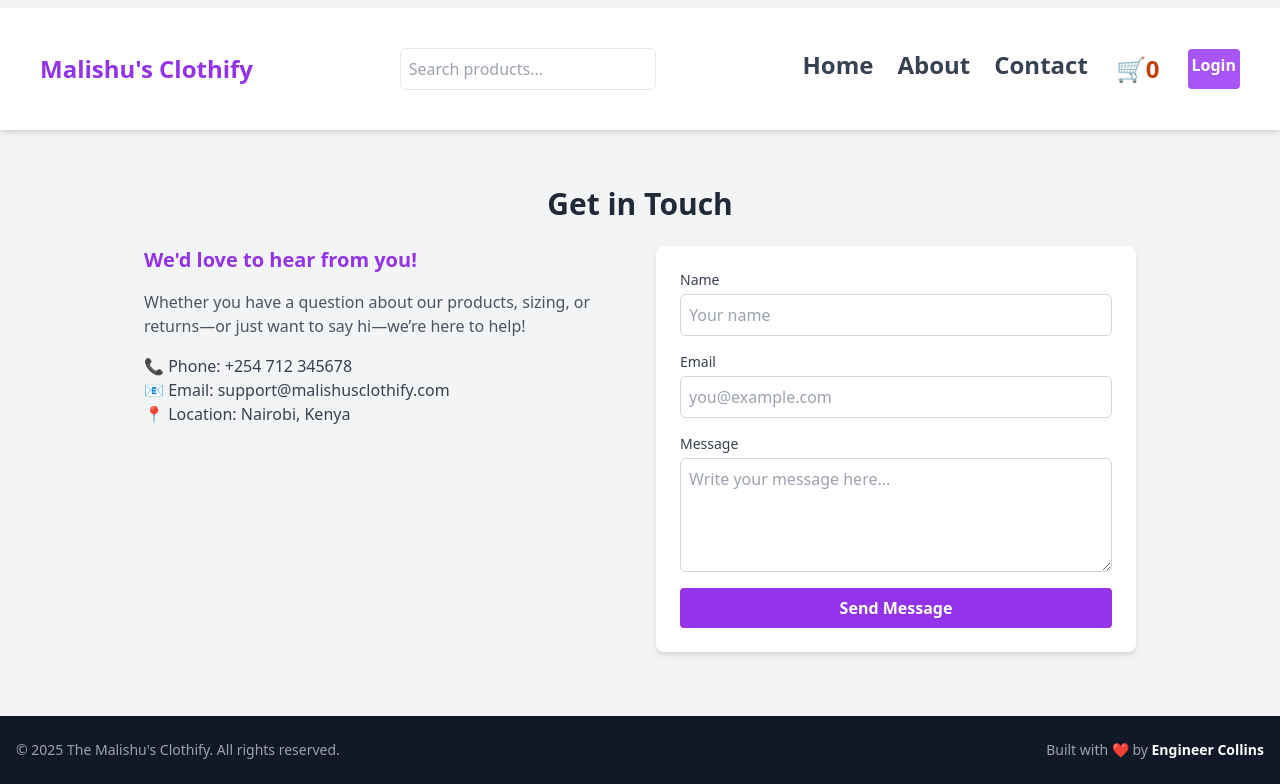
Repository: Engineer-collo/Modern-Ecommerce-Application
Page: /contact
The author's editor kept a copy of each file at every save. The page is drawn from the files as they stood at one save, then again after a run of saves.
The browser window is 1280 px wide. The pictures show the whole page.
The project was rebuilt for these pictures with package versions that can differ from the ones it lists, and the page was loaded fresh each time. Also part of the build but not shown: vite.config.js, src/components/SignupForm.jsx, src/components/LoginForm.jsx, src/components/ProductCard.jsx, src/components/ProductFeed.jsx, src/components/About.jsx, src/components/Cart.jsx.

Above is the page before, as saved 2025-05-23 16:03:17.

### index.html
<!DOCTYPE html>
<html lang="en">
<head>
  <meta charset="UTF-8">
  <meta name="viewport" content="width=device-width, initial-scale=1.0">
  <title>Ecommerce</title>
</head>
<body class="bg-gray-100">
  <div id="root"></div>
  <script type="module" src="/src/main.jsx"></script>
</body>
</html>

### src/main.jsx
import React from 'react'
import ReactDOM from 'react-dom/client'
import './index.css'
import App from './App'

ReactDOM.createRoot(document.getElementById('root')).render(
  <React.StrictMode>
    <App />
  </React.StrictMode>,
)

### src/App.jsx
import { BrowserRouter as Router, Routes, Route } from 'react-router-dom';
import { useEffect, useState } from 'react';
import Footer from './components/Footer';
import Navbar from './components/Navbar';
import SignupForm from './components/SignupForm';
import LoginForm from './components/LoginForm';
import ProductFeed from './components/ProductFeed';
import Contact from './components/Contact';
import About from './components/About';
import Cart from './components/Cart';

import {
  showSuccessToast,
  ToastContainerWrapper,
} from './components/Toast';

function App() {
  const [cart, setCart] = useState([]);
  const [cartLoaded, setCartLoaded] = useState(false);

  // Load cart from localStorage
  useEffect(() => {
    const storedCart = localStorage.getItem("cart");
    if (storedCart) {
      try {
        setCart(JSON.parse(storedCart));
      } catch (error) {
        console.error("Failed to parse cart from localStorage:", error);
      }
    }
    setCartLoaded(true);
  }, []);

  // Save cart to localStorage when updated
  useEffect(() => {
    if (cartLoaded) {
      localStorage.setItem("cart", JSON.stringify(cart));
    }
  }, [cart, cartLoaded]);

  const addToCart = (product) => {
    setCart(prevCart => {
      const existing = prevCart.find(item => item.id === product.id);
      if (existing) {
        return prevCart.map(item =>
          item.id === product.id
            ? { ...item, quantity: item.quantity + 1 }
            : item
        );
      } else {
        return [...prevCart, { ...product, quantity: 1 }];
      }
    });
    showSuccessToast("Added to cart!");
  };

  const removeFromCart = (product) => {
    setCart(prevCart =>
      prevCart
        .map(item =>
          item.id === product.id
            ? { ...item, quantity: item.quantity - 1 }
            : item
        )
        .filter(item => item.quantity > 0)
    );
    showSuccessToast("Removed from cart!");
  };

  return (
    <Router>
      <Navbar cart={cart} />
      <Routes>
        <Route
          path="/"
          element={
            <ProductFeed
              addToCart={addToCart}
              showSuccessToast={showSuccessToast}
              cart={cart}
            />
          }
        />
        <Route
          path="/cart"
          element={
            <Cart
              cart={cart}
              removeFromCart={removeFromCart}
            />
          }
        />
        <Route path="/login" element={<LoginForm />} />
        <Route path="/signup" element={<SignupForm />} />
        <Route path="/about" element={<About />} />
        <Route path="/contact" element={<Contact showSuccessToast={showSuccessToast} />} />
      </Routes>
      <ToastContainerWrapper />
      <Footer />
    </Router>
  );
}

export default App;

### src/components/Footer.jsx
const Footer = () => {
    return(
        <>
        <footer className="bg-gray-900 text-white py-6 mt-12">
  <div className="max-w-7xl mx-auto px-4 flex flex-col md:flex-row justify-between items-center space-y-4 md:space-y-0">
    <p className="text-sm text-gray-400">
      &copy; {new Date().getFullYear()} The Malishu's Clothify.  All rights reserved.
    </p>
    <p className="text-sm text-gray-400">
      Built with ❤️ by <span className="text-white font-semibold">Engineer Collins</span>
    </p>


  </div>
</footer>

        </>
    )
}

export default Footer

### src/components/Navbar.jsx
import React, { useState } from "react";
import { Link } from "react-router-dom";

const Navbar = ({ cart = [], searchTerm, setSearchTerm }) => {
  const [isOpen, setIsOpen] = useState(false);

  const toggleMenu = () => setIsOpen(!isOpen);

  return (
    <header className="mt-2 bg-white  shadow-md">
      <div className="max-w-7xl mx-auto px-10 py-10 flex flex-col md:flex-row md:justify-between md:items-center">
        <div className="flex justify-between items-center">
          <h1 className="text-2xl font-bold text-gray-800">
            <Link
              to="/"
              className="hover:text-blue-500 text-gray-700 transition"
            >
              <span className="text-purple-600">Malishu's Clothify</span>
            </Link>
          </h1>

          <div className="md:hidden">
            <button
              onClick={toggleMenu}
              className="text-gray-700 focus:outline-none"
            >
              <svg
                className="h-6 w-6"
                fill="none"
                stroke="currentColor"
                strokeWidth="2"
                viewBox="0 0 24 24"
              >
                <path
                  strokeLinecap="round"
                  strokeLinejoin="round"
                  d={
                    isOpen
                      ? "M6 18L18 6M6 6l12 12"
                      : "M4 6h16M4 12h16M4 18h16"
                  }
                />
              </svg>
            </button>
          </div>
        </div>

        {/* Search Input */}
        <div className="my-2 md:my-0 w-full md:w-auto">
          <input
            type="text"
            placeholder="Search products..."
            value={searchTerm}
            onChange={(e) => setSearchTerm(e.target.value)}
            className="w-full md:w-64 p-2 border rounded-md"
          />
        </div>

        {/* Desktop nav */}
        <nav className="space-x-6 hidden md:flex">
          <Link
            to="/"
            className="text-2xl hover:text-blue-500 font-bold text-gray-700 transition"
          >
            Home
          </Link>
          <Link
            to="/about"
            className="text-2xl  text-2x hover:text-blue-500 font-bold text-gray-700 transition"
          >
            About
          </Link>
          <Link
            to="/contact"
            className=" text-2xl hover:text-blue-500 font-bold text-gray-700 transition"
          >
            Contact
          </Link>
          <Link
            to="/cart"
            className=" text-2xl rounded p-1 font-bold text-orange-700 transition"
          >
            🛒{cart.length}
          </Link>
          <Link
            to="/login"
            className="rounded p-1 bg-purple-500 font-bold text-white transition"
          >
            Login
          </Link>
        </nav>
      </div>

      {/* Mobile nav */}
      {isOpen && (
        <nav className="md:hidden px-4 pb-4 space-y-2">
          {isOpen && (
              <nav className="md:hidden px-4 py-4 flex flex-col space-y-4 bg-white shadow-inner">
              <Link
                to="/"
                className="text-2xl font-bold text-gray-700 hover:text-blue-500 transition"
              >
                Home
              </Link>
              <Link
                to="/about"
                className="text-2xl font-bold text-gray-700 hover:text-blue-500 transition"
              >
                About
              </Link>
              <Link
                to="/contact"
                className="text-2xl font-bold text-gray-700 hover:text-blue-500 transition"
              >
                Contact
              </Link>
              <Link
                to="/cart"
                className="text-2xl font-bold text-orange-700 hover:text-orange-500 transition"
              >
                🛒 {cart.length}
              </Link>
              <Link
                to="/login"
                className="text-center text-2xl font-bold bg-purple-500 text-white px-3 py-2 rounded transition"
              >
                Login
              </Link>
            </nav>

)}

        </nav>
      )}
    </header>
  );
};

export default Navbar;

### src/components/Contact.jsx
import React, { useState } from 'react';

const Contact = ({showSuccessToast}) => {
  const [form, setForm] = useState({ name: '', email: '', message: '' });

  const handleChange = (e) => {
    setForm({ ...form, [e.target.name]: e.target.value });
  };

  const handleSubmit = (e) => {
    e.preventDefault();
    // You can integrate with EmailJS, Formspree, etc.
    showSuccessToast("Message sent Successfully.")
    setForm({ name: '', email: '', message: '' });
  };

  return (
    <>
    <div className="max-w-5xl mx-auto p-4 mt-10">
      <h2 className="text-3xl font-bold text-center mb-6 text-gray-800">Get in Touch</h2>

      <div className="grid grid-cols-1 md:grid-cols-2 gap-8">
        {/* Left Info Section */}
        <div className="space-y-4">
          <h3 className="text-xl font-semibold text-purple-600">We'd love to hear from you!</h3>
          <p className="text-gray-600">
            Whether you have a question about our products, sizing, or returns—or just want to say hi—we’re here to help!
          </p>
          <div>
            <p className="text-gray-700 font-medium">📞 Phone: <span className="font-normal">+254 712 345678</span></p>
            <p className="text-gray-700 font-medium">📧 Email: <span className="font-normal">support@malishusclothify.com</span></p>
            <p className="text-gray-700 font-medium">📍 Location: <span className="font-normal">Nairobi, Kenya</span></p>
          </div>
        </div>

        {/* Right Form Section */}
        <form onSubmit={handleSubmit} className="space-y-4 bg-white shadow-md rounded-lg p-6">
          <div>
            <label className="block text-sm font-medium text-gray-700">Name</label>
            <input
              type="text"
              name="name"
              value={form.name}
              onChange={handleChange}
              required
              className="mt-1 block w-full p-2 border border-gray-300 rounded-md focus:ring-purple-500 focus:border-purple-500"
              placeholder="Your name"
            />
          </div>

          <div>
            <label className="block text-sm font-medium text-gray-700">Email</label>
            <input
              type="email"
              name="email"
              value={form.email}
              onChange={handleChange}
              required
              className="mt-1 block w-full p-2 border border-gray-300 rounded-md focus:ring-purple-500 focus:border-purple-500"
              placeholder="you@example.com"
            />
          </div>

          <div>
            <label className="block text-sm font-medium text-gray-700">Message</label>
            <textarea
              name="message"
              value={form.message}
              onChange={handleChange}
              required
              rows="4"
              className="mt-1 block w-full p-2 border border-gray-300 rounded-md focus:ring-purple-500 focus:border-purple-500"
              placeholder="Write your message here..."
            />
          </div>

          <button
            type="submit"
            className="w-full bg-purple-600 hover:bg-purple-700 text-white font-semibold py-2 px-4 rounded"
          >
            Send Message
          </button>
        </form>
      </div>
    </div>
    </>
  );
};

export default Contact;

### src/components/Toast.jsx
// src/components/Toast.js
import { toast, ToastContainer } from 'react-toastify';
import 'react-toastify/dist/ReactToastify.css';

// Toast functions
export const showSuccessToast = (message) =>
  toast.success(message, {
    className: 'bg-green-100 text-green-800 border border-green-300 rounded p-4',
    bodyClassName: 'text-sm',
    progressClassName: 'bg-green-500',
  });

export const showErrorToast = (message) =>
  toast.error(message, {
    className: 'bg-red-100 text-red-800 border border-red-300 rounded p-4',
    bodyClassName: 'text-sm',
    progressClassName: 'bg-red-500',
  });

export const showInfoToast = (message) =>
  toast.info(message, {
    className: 'bg-blue-100 text-blue-800 border border-blue-300 rounded p-4',
    bodyClassName: 'text-sm',
    progressClassName: 'bg-blue-500',
  });

export const showWarningToast = (message) =>
  toast.warn(message, {
    className: 'bg-yellow-100 text-yellow-800 border border-yellow-300 rounded p-4',
    bodyClassName: 'text-sm',
    progressClassName: 'bg-yellow-500',
  });

// Toast container
export const ToastContainerWrapper = () => (
  <ToastContainer position="top-center" autoClose={2000} />
);

Loaded but not shown: src/index.css (common file); tailwind.config.js (common file)

After the next 2 saves:
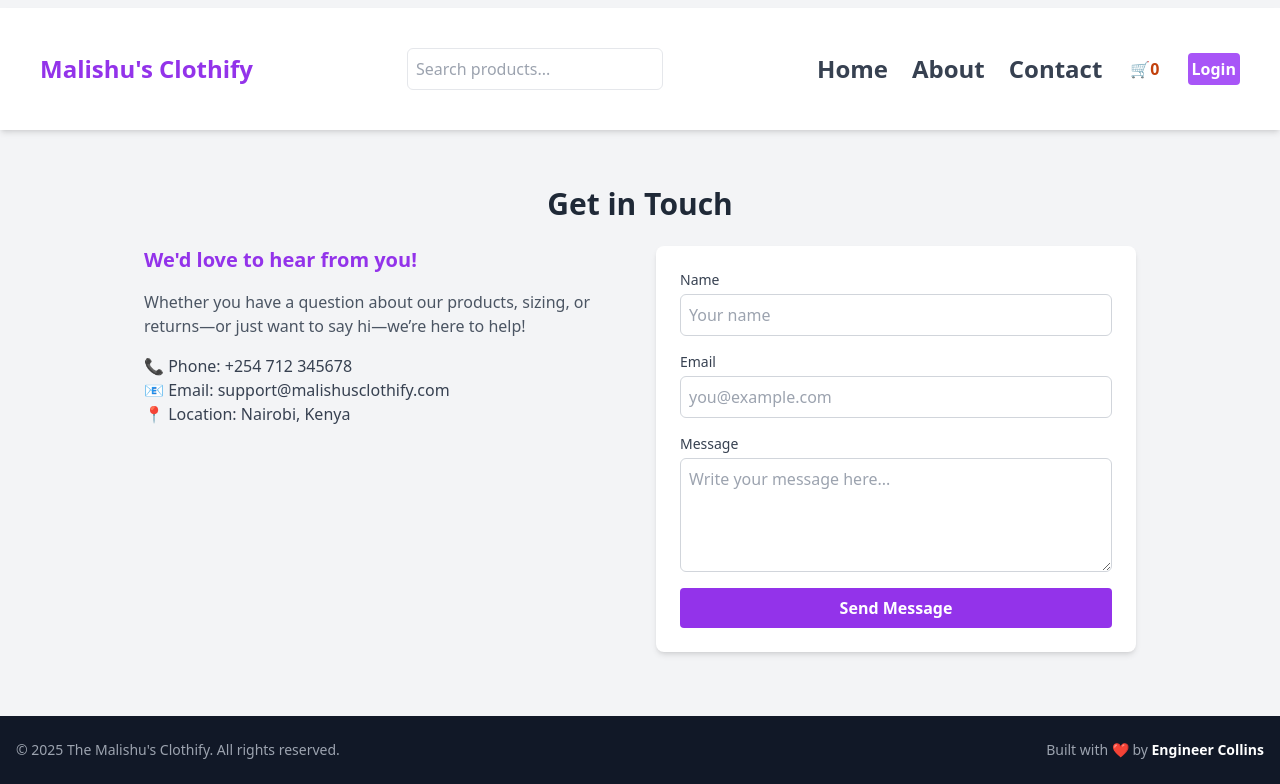
The 2 saves are shown as one change because they came seconds apart.
The last was saved 11 s later.
--- a/src/components/Navbar.jsx
+++ b/src/components/Navbar.jsx
@@ -78,7 +78,7 @@
           </Link>
           <Link
             to="/cart"
-            className=" text-2xl rounded p-1 font-bold text-orange-700 transition"
+            className="  rounded p-1 font-bold text-orange-700 transition"
           >
             🛒{cart.length}
           </Link>

After the 5 saves that followed:
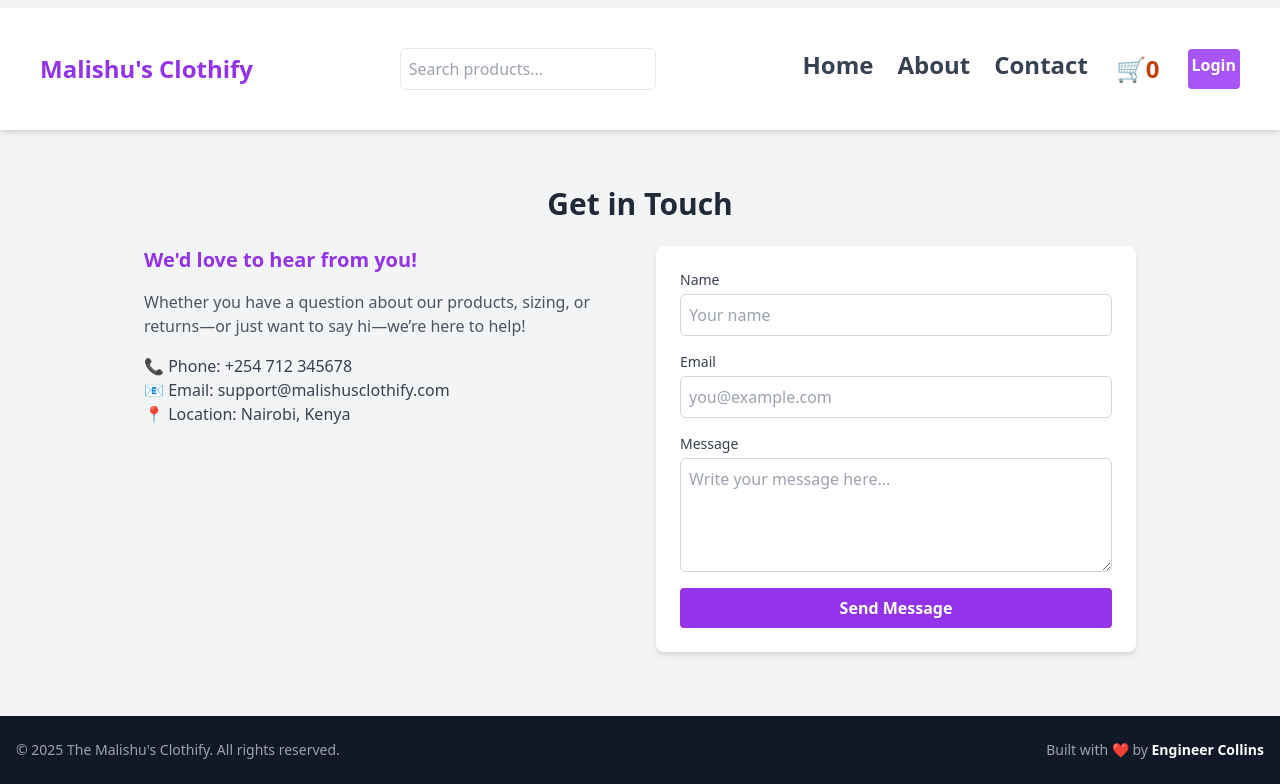
The 5 saves are shown as one change because they came seconds apart.
The last was saved 26 s later.
--- a/src/components/Navbar.jsx
+++ b/src/components/Navbar.jsx
@@ -78,7 +78,7 @@
           </Link>
           <Link
             to="/cart"
-            className="  rounded p-1 font-bold text-orange-700 transition"
+            className=" text-2xl rounded p-1 font-bold text-orange-700 transition"
           >
             🛒{cart.length}
           </Link>
